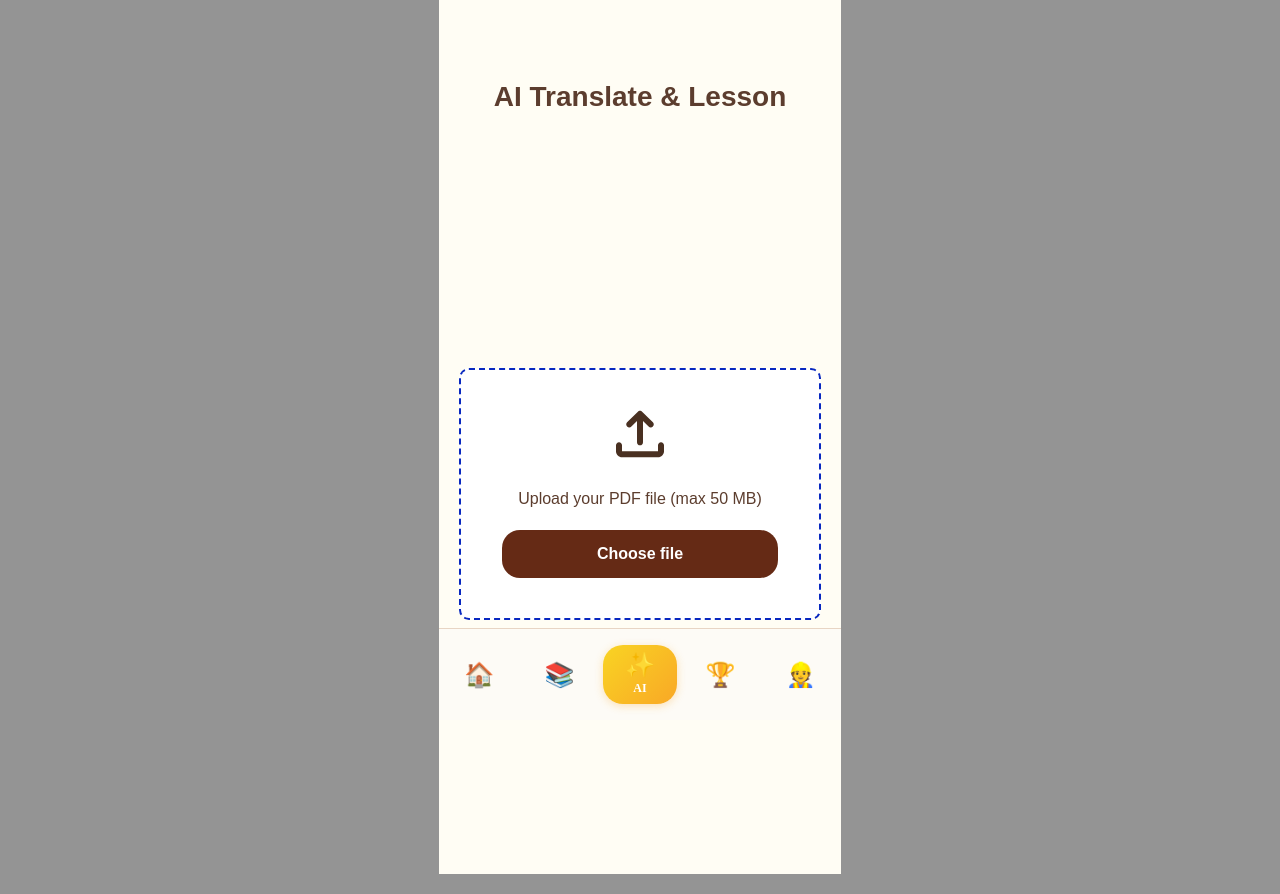
Repository: richelletiongson/Jargon_FrontendShowcase
Page: / (app in jargon_frontend/)
The author's editor kept a copy of each file at every save. The page is drawn from the files as they stood at one save, then again after the next save.
The browser window is 1280 px wide. The pictures show the whole page.
The project was rebuilt for these pictures with package versions that can differ from the ones it lists, and the page was loaded fresh each time. Also part of the build but not shown: jargon_frontend/vite.config.js, jargon_frontend/src/index.css, jargon_frontend/src/home_pages/Home.jsx, jargon_frontend/src/course_pages/Course.jsx, jargon_frontend/src/charts_pages/Charts.jsx, jargon_frontend/src/profile_pages/Profile.jsx.

Above is the page before, as saved 2025-10-22 15:28:39.

After the next save:
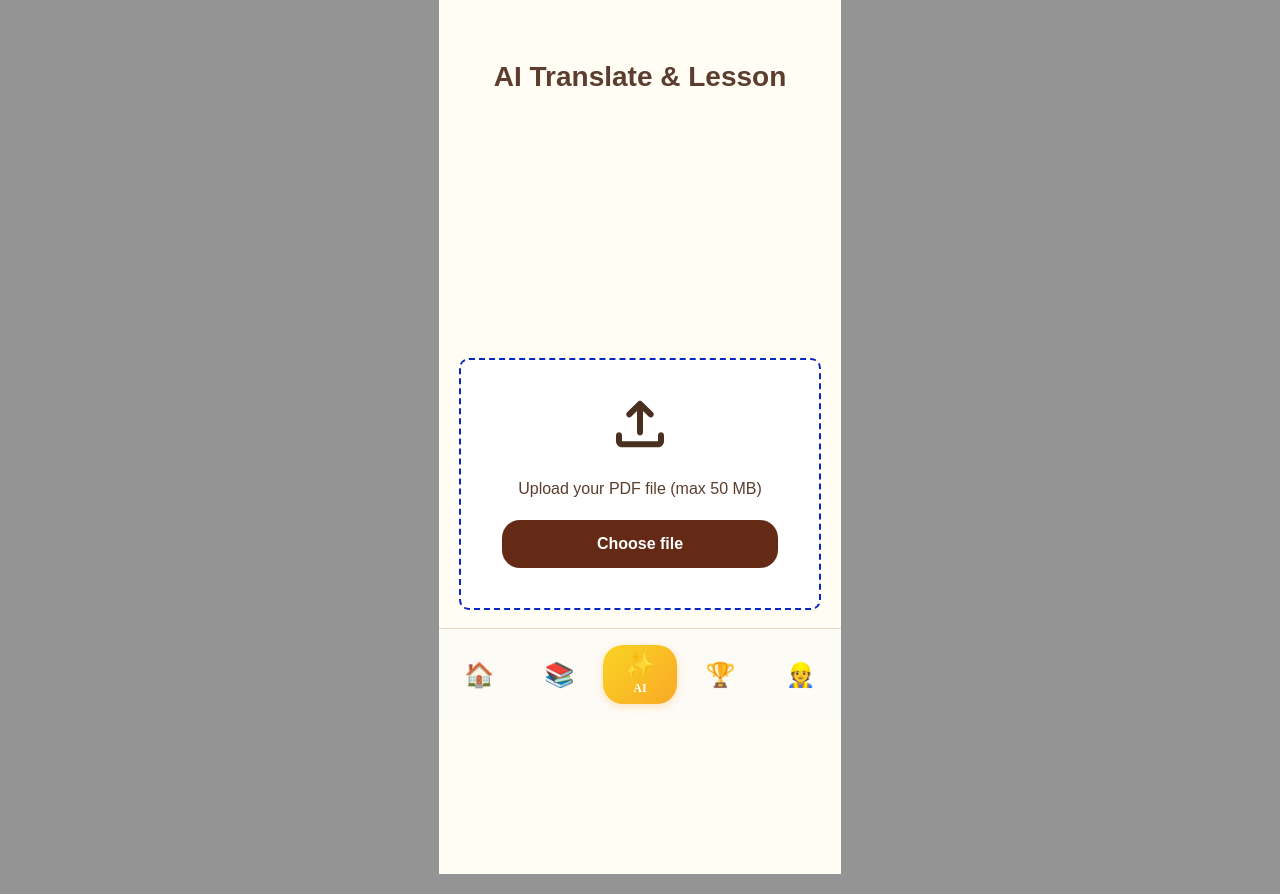
Saved 6 s later.
--- a/jargon_frontend/src/ai_pages/AI.css
+++ b/jargon_frontend/src/ai_pages/AI.css
@@ -27,7 +27,7 @@
   font-weight: bold;
   color: #5C3D2E;
   margin: 0 0 40px 0;
-  padding: 80px 20px 0 20px;
+  padding: 60px 20px 0 20px;
   line-height: 1.2;
 }
 
